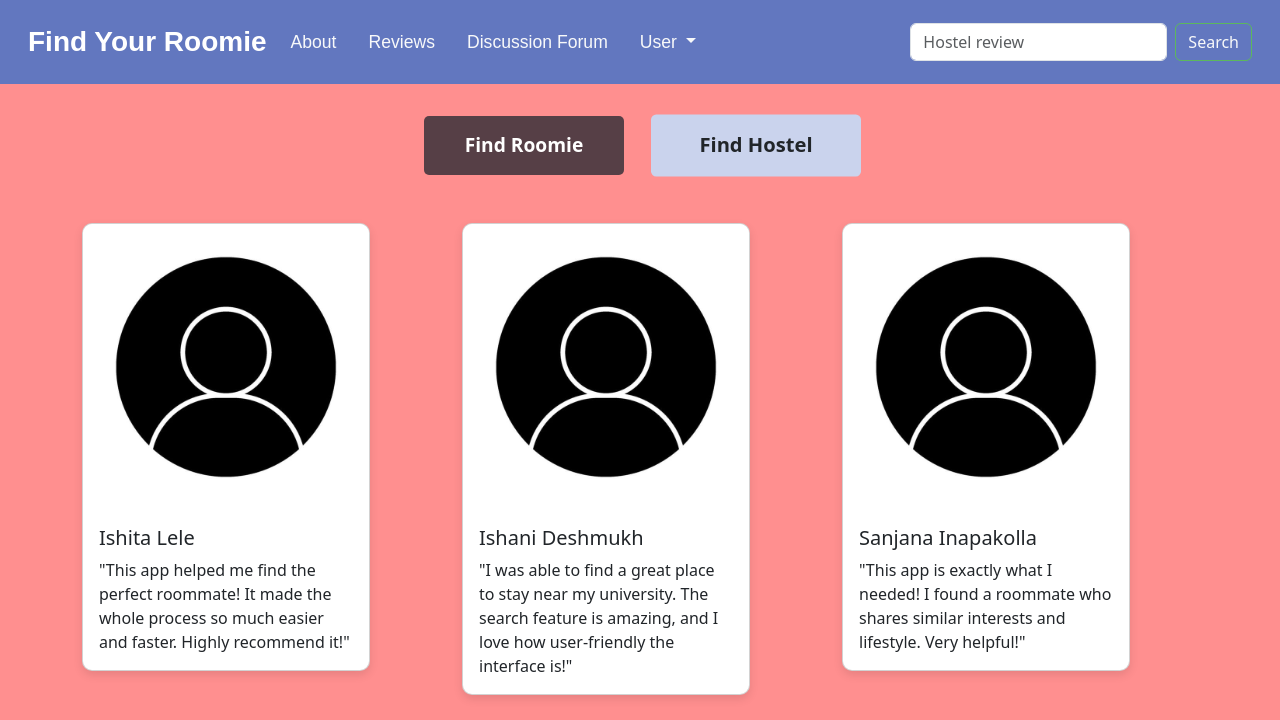
Repository: Sanjana-Inapakolla/Find-your-Roomie-website
Page: mini-project(jfst)/MiniProject/src/main/webapp/home.html
The author's editor kept a copy of each file at every save. The page is drawn from the files as they stood at one save, then again after the next save.
The browser window is 1280 px wide. The pictures show the whole page.
The pointer rests on the first visible `.find-hostel`.

Above is the page before, as saved 2024-11-13 08:56:34.

### mini-project(jfst)/MiniProject/src/main/webapp/home.html
<!DOCTYPE html>
<html lang="en">
<head>
  <meta charset="ISO-8859-1">
  <title>Home Page</title>
 <link href="https://cdn.jsdelivr.net/npm/bootstrap@5.3.3/dist/css/bootstrap.min.css" rel="stylesheet" integrity="sha384-QWTKZyjpPEjISv5WaRU9OFeRpok6YctnYmDr5pNlyT2bRjXh0JMhjY6hW+ALEwIH" crossorigin="anonymous">
  <style>
    /* Navbar Styling */
    .navbar {
      background-color: #6277bf ;
      padding: 1rem;
    }

    /* Navbar Brand (Logo/Text) */
    .navbar-brand {
      color: #f8f9fa;
      font-size: 1.75rem;
      font-weight: bold;
      font-family: 'Arial', sans-serif;
      color:  #ffffff;
    }

    /* Navbar Links (Home, Reviews, Discussion Forum) */
    .navbar-nav .nav-link {
      color: #f8f9fa;
      font-size: 1.1rem;
      font-family: 'Arial', sans-serif;
      margin-right: 1rem;
      transition: color 0.3s;
    }

    /* Active Link Color */
    .navbar-nav .nav-link.active {
      color: #f8f9fa !important;
    }

    /* Hover Effect for Links (Home, Reviews, Discussion Forum) */
    .navbar-nav .nav-link:hover {
      color: #5cb85c;
    }

    /* Active Link Hover (Ensures the hover color is still applied even if it's active) */
    .navbar-nav .nav-link.active:hover {
      color: #5cb85c !important;
    }

    /* Search Button */
    .btn-outline-success {
      color: #f8f9fa;
      border-color: #5cb85c;
      transition: background-color 0.3s, color 0.3s;
    }

    /* Search Button Hover */
    .btn-outline-success:hover {
      background-color: #5cb85c;
      color: #fff;
    }

    /* Home Page Buttons Styling */
    .home-buttons {
      display: flex;
      justify-content: center;
      gap: 2rem;
      margin-top: 2rem;
    }

    .home-buttons .btn {
      font-size: 1.2rem;
      padding: 15px 30px;
      border-radius: 5px;
      font-weight: bold;
      width: 200px;
      transition: transform 0.3s;
    }

    /* Hover Effect for Buttons */
    .home-buttons .btn:hover {
      transform: scale(1.05);
    }

    .find-roomie {
      background-color: #563f46;
      color: white;
      border: none;
    }

    .find-roomie:hover {
      background-color: #6277bf ;
    }

    .find-hostel {
      background-color: #563f46;
      color: white;
      border: none;
    }

    .find-hostel:hover {
      background-color: #cad3ed;
    }

    .card {
      width: 18rem;
      border-radius: 10px;
      box-shadow: 0 4px 10px rgba(0, 0, 0, 0.1);
    }
    .card-img-top {
      border-radius: 10px 10px 0 0;
    }

    body{
      background-color: #ff8f8f;
    }
  </style>
</head>
<body>

<!-- Navbar -->
<nav class="navbar navbar-expand-lg">
  <div class="container-fluid" style="background-color: #6277bf;">
    <a class="navbar-brand" href="#">Find Your Roomie</a>
    <button class="navbar-toggler" type="button" data-bs-toggle="collapse" data-bs-target="#navbarNav" aria-controls="navbarNav" aria-expanded="false" aria-label="Toggle navigation">
      <span class="navbar-toggler-icon"></span>
    </button>
    <div class="collapse navbar-collapse" id="navbarNav">
      <ul class="navbar-nav me-auto">
        <li class="nav-item">
          <a class="nav-link active" aria-current="page" href="About.jsp">About</a>
        </li>
        <li class="nav-item">
          <a class="nav-link" href="Rating.jsp">Reviews</a>
        </li>
        <li class="nav-item">
          <a class="nav-link" href="BeforeChat">Discussion Forum</a>
        </li>
        <li class="nav-item dropdown">
          <a class="nav-link dropdown-toggle" href="#" role="button" data-bs-toggle="dropdown" aria-expanded="false">
            User
          </a>
          <ul class="dropdown-menu">
            <li><a class="dropdown-item" href="Profile">My Profile</a></li>
            <li><a class="dropdown-item" href="BeforeUpdate">Account Settings</a></li>
            <li><a class="dropdown-item" href="LogoutServlet">Logout</a></li>
          </ul>
        </li>
      </ul>

      <!-- Search Button on the Right -->
      <form class="d-flex ms-auto" action="HostelSearch">
        <input class="form-control me-2" name="hostel-search" type="search" placeholder="Hostel review" aria-label="Search">
        <button class="btn btn-outline-success" type="submit">Search</button>
      </form>
    </div>
  </div>
</nav>

<!-- Buttons for Find Roomie and Find Hostel -->
<div class="home-buttons">
  <button class="btn find-roomie" onclick="window.location.href='Match';">Find Roomie</button>
 <button class="btn find-hostel" onclick="window.location='public/HostelGeoMap.html';">Find Hostel</button>
</div>

<div class="container mt-5">
  <div class="row justify-content-center">
    <!-- Card 1 -->
    <div class="col-md-4 mb-4">
      <div class="card">
        <img src="images\profile.jpg" class="card-img-top" alt="User Image">
        <div class="card-body">
          <h5 class="card-title">Ishita Lele</h5>
          <p class="card-text">"This app helped me find the perfect roommate! It made the whole process so much easier and faster. Highly recommend it!"</p>
        </div>
      </div>
    </div>

    <!-- Card 2 -->
    <div class="col-md-4 mb-4">
      <div class="card">
        <img src="images\profile.jpg" class="card-img-top" alt="User Image">
        <div class="card-body">
          <h5 class="card-title">Ishani Deshmukh</h5>
          <p class="card-text">"I was able to find a great place to stay near my university. The search feature is amazing, and I love how user-friendly the interface is!"</p>
        </div>
      </div>
    </div>

    <!-- Card 3 -->
    <div class="col-md-4 mb-4">
      <div class="card">
        <img src="images\profile.jpg" class="card-img-top" alt="User Image">
        <div class="card-body">
          <h5 class="card-title">Sanjana Inapakolla</h5>
          <p class="card-text">"This app is exactly what I needed! I found a roommate who shares similar interests and lifestyle. Very helpful!"</p>
        </div>
      </div>
    </div>
  </div>
</div>

<!-- Bootstrap JS -->
<script src="https://cdn.jsdelivr.net/npm/bootstrap@5.3.3/dist/js/bootstrap.bundle.min.js" integrity="sha384-YvpcrYf0tY3lHB60NNkmXc5s9fDVZLESaAA55NDzOxhy9GkcIdslK1eN7N6jIeHz" crossorigin="anonymous"></script>
</body>
</html>

After the next save:
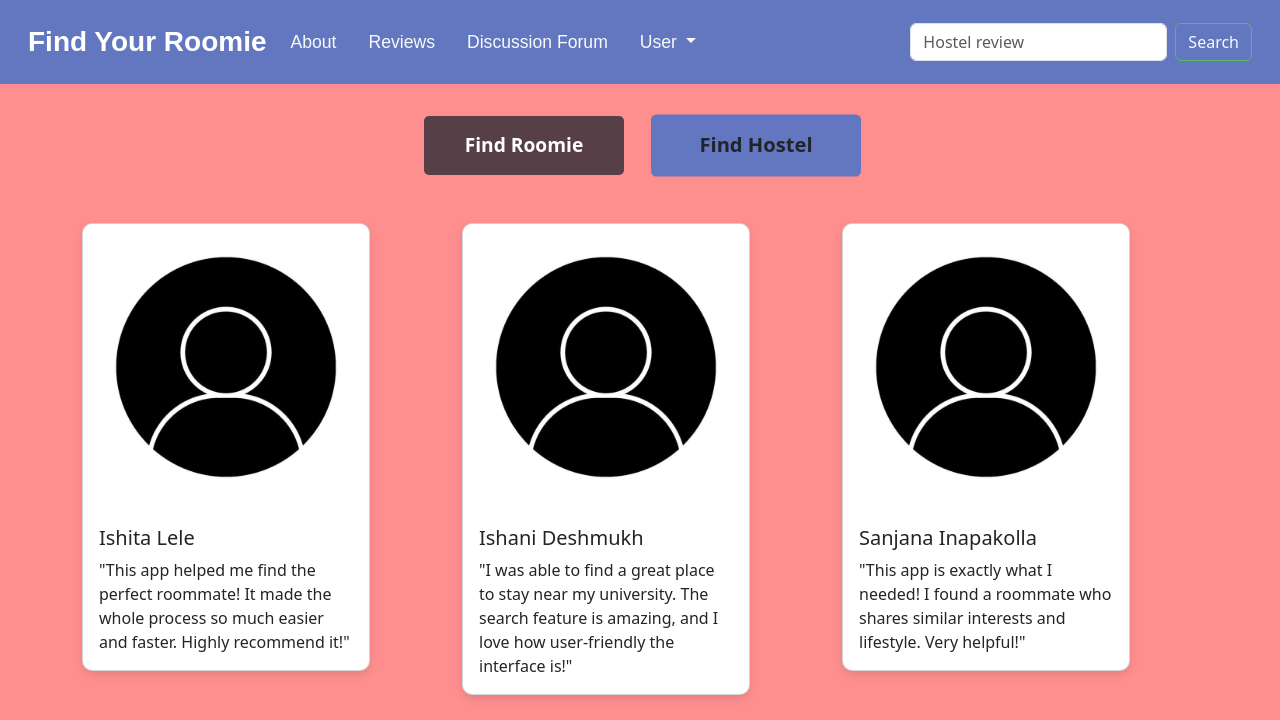
Saved 4 min 13 s later.
--- a/mini-project(jfst)/MiniProject/src/main/webapp/home.html
+++ b/mini-project(jfst)/MiniProject/src/main/webapp/home.html
@@ -96,7 +96,7 @@
     }
 
     .find-hostel:hover {
-      background-color: #cad3ed;
+      background-color: #6277bf;
     }
 
     .card {
